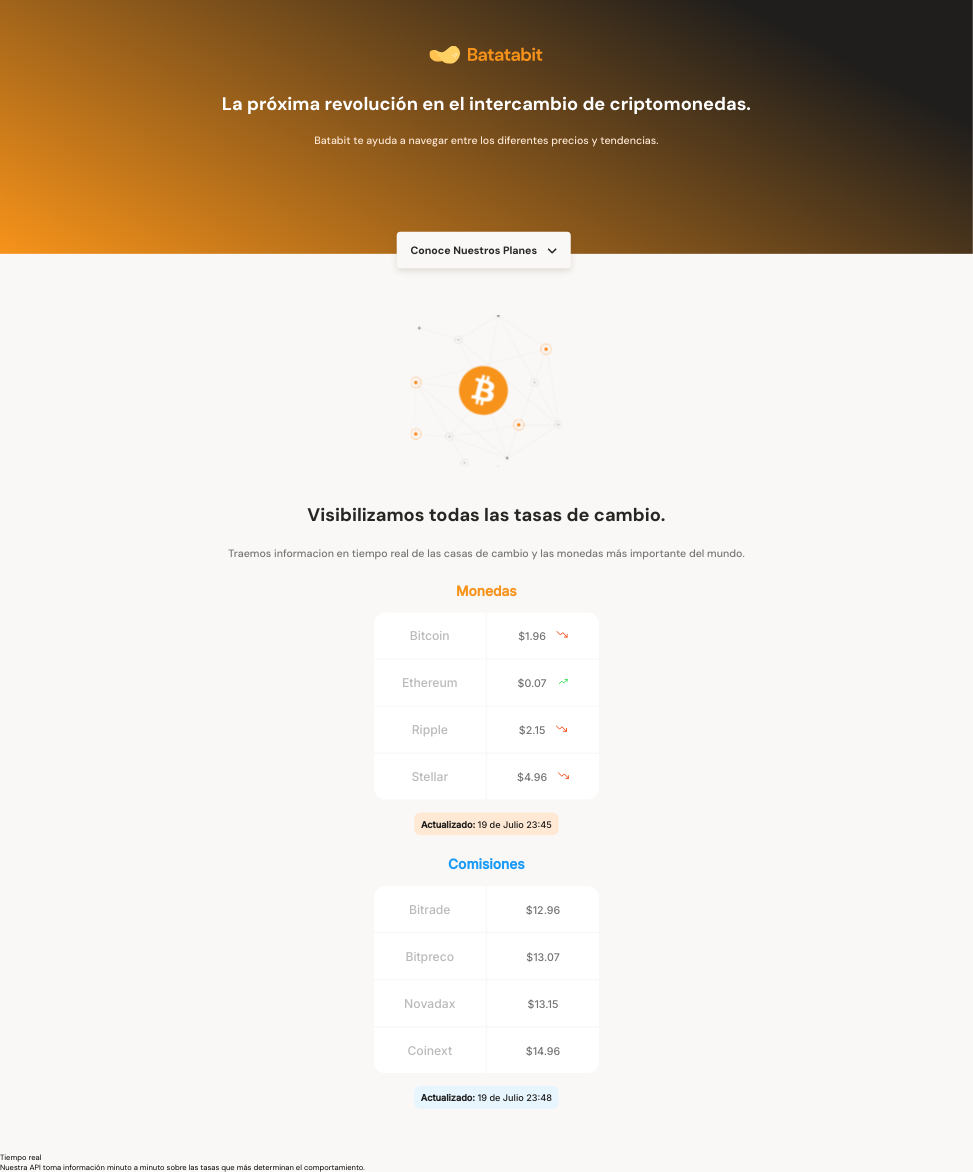
Repository: EnzoSz/Mobile-First
Page: index.html
These files come from the project's save history. The page is drawn as it stood at one moment and after the next save; the edit follows.
The browser window is 1280 px wide. The pictures show the whole page, at 76% of full size.

Above is the page before, as saved 2021-01-29 17:18:40.

After the next save:
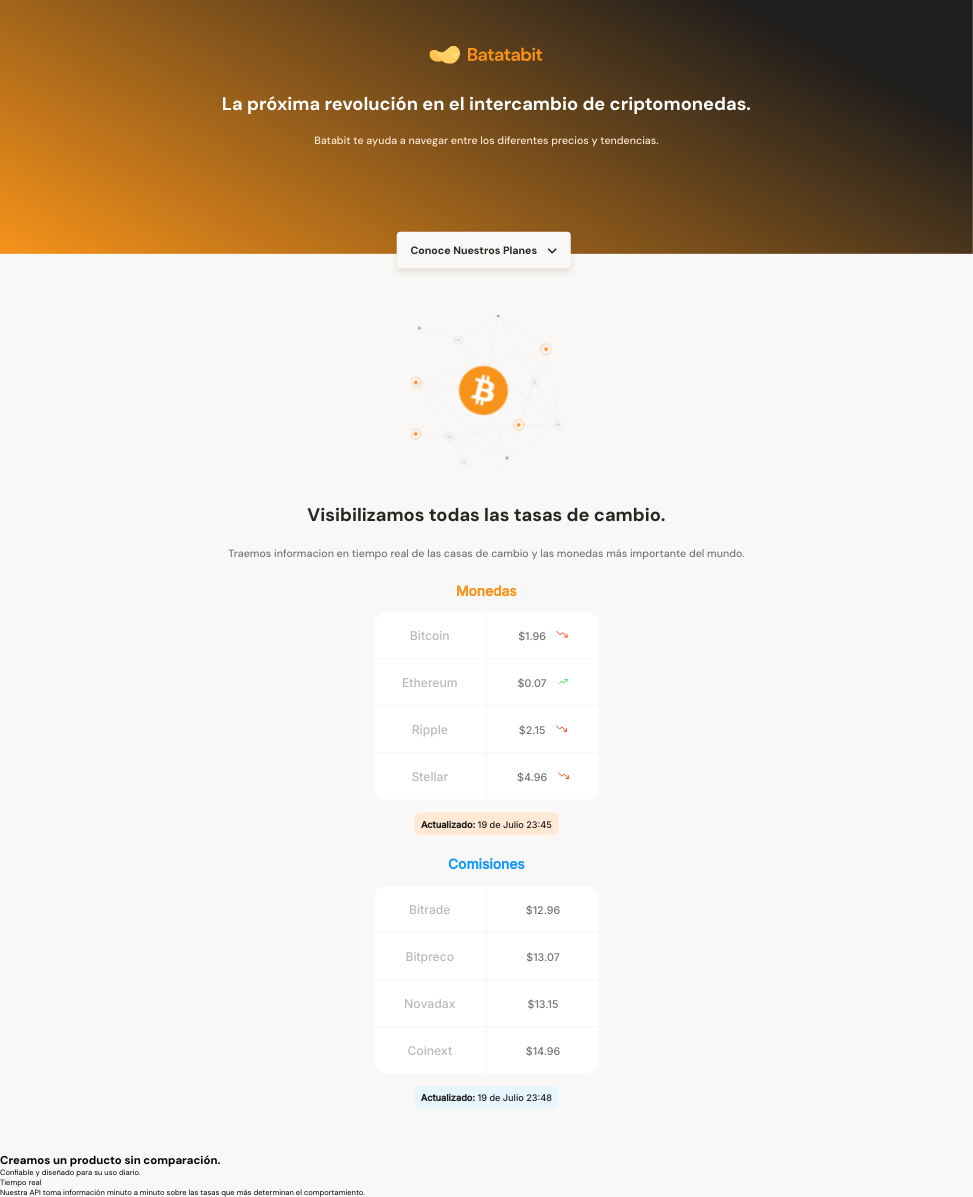
Saved 3 min 50 s later.
--- a/index.html
+++ b/index.html
@@ -90,10 +90,10 @@
             <span></span>
             <div>
                 <h2>
-
+                    Creamos un producto sin comparación.
                 </h2>
                 <p>
-
+                    Confiable y diseñado para su uso diario.
                 </p>
                 <section class="product-cards--container">
                     <article class="product-detail--card">
